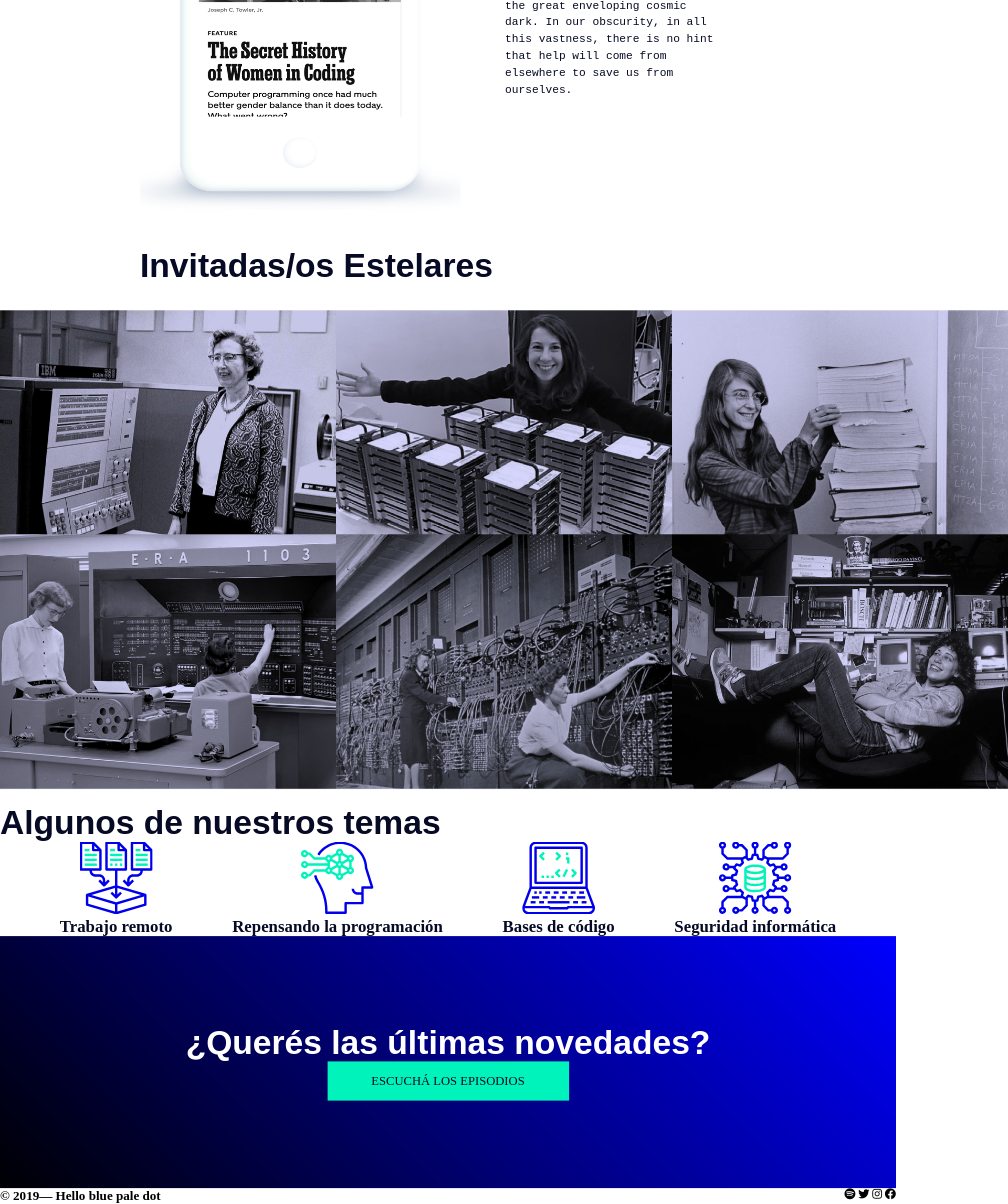
Repository: FedeGA93/podcast
Page: index.html
These files come from the project's save history. The page is drawn as it stood at one moment and after the next save; the edit follows.
The browser window is 1280 px wide. The page is 1440 px wide, so the pictures cover 1440 px, including what lies to the right of the window. The pictures show the part of the page from y = 1485 to 3205 px (the page is 3205 px tall), at 70% of full size.
Pictures or frames that could not be fetched are drawn as grey boxes. Some web fonts or font styles are not loaded; a fallback is used. Some web libraries are served in a nearby version.

Above is the page before, as saved 2019-11-26 19:20:24.

After the next save:
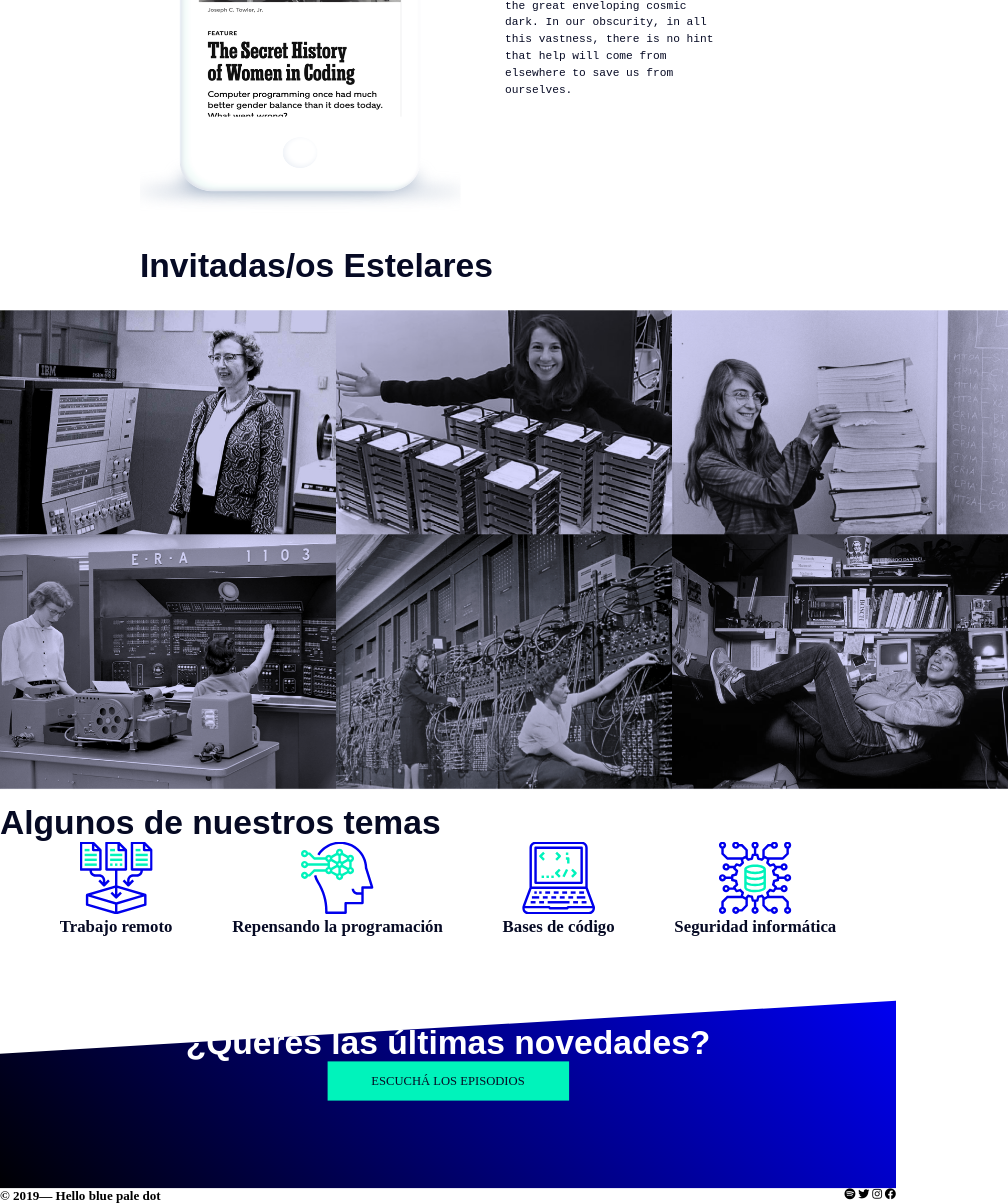
Saved 3 min 52 s later.
--- a/index.html
+++ b/index.html
@@ -144,7 +144,7 @@
     <section>
         <div class="fondo-azul-gradiente secfoot">
                 <svg xmlns="http://www.w3.org/2000/svg" viewBox="0 0 100 100" preserveAspectRatio="none">
-                    <polygon fill="white" points="0,0 1440,0 0,50" />
+                    <polygon fill="white" points="0,0 1440,0 0,85" />
                 </svg>
             <div>
                 <h2 class="color-blanco center-text">
